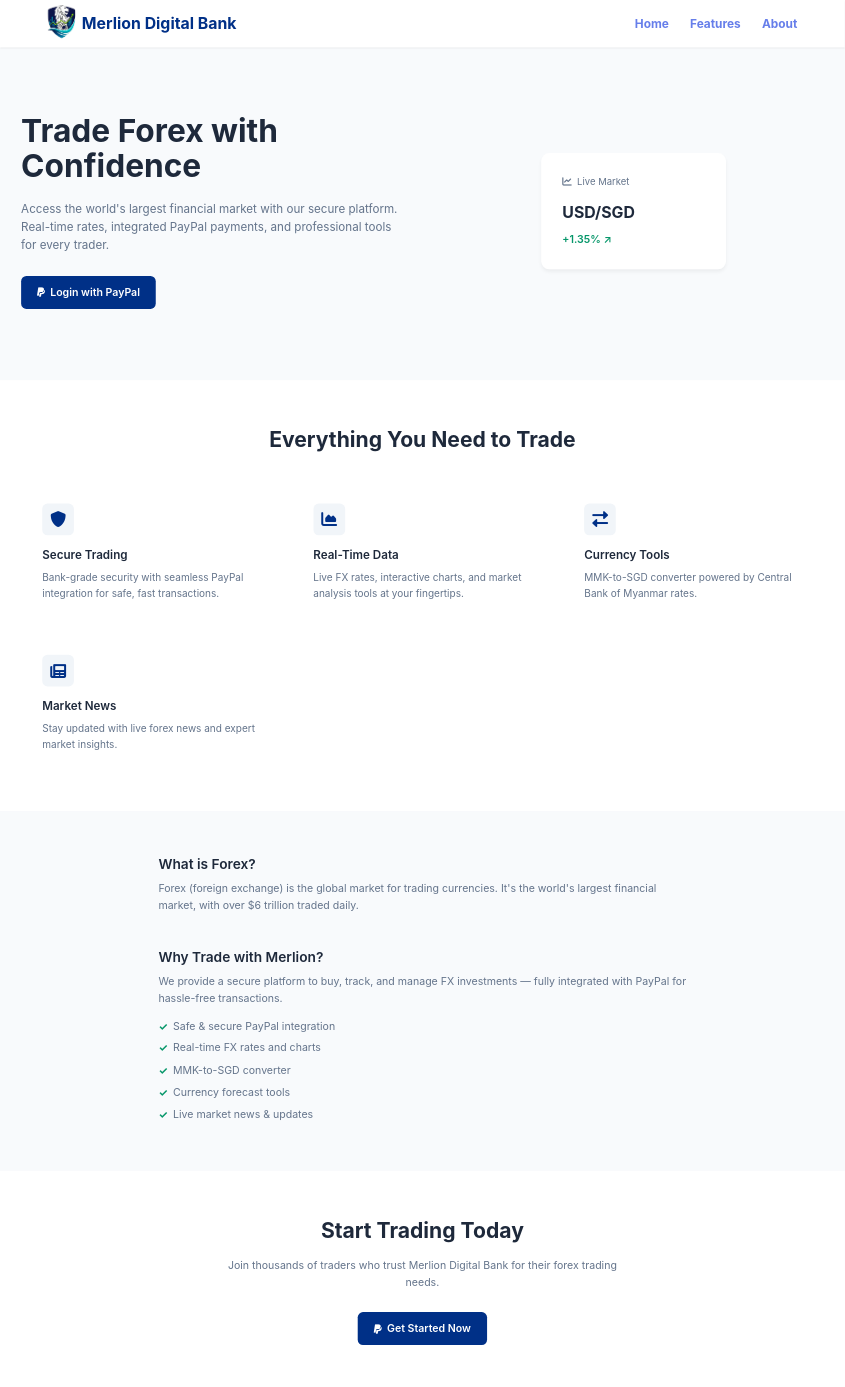
Repository: MayThetNaingBo/MerlionFX-app
Page: http://localhost/
An editor plug-in stored every save of this project. The page is shown before and after the next save, followed by the edit.
The browser window is 1280 px wide. The pictures show the whole page, at 66% of full size.
The page is served by the project's application, run on Flask 3 (app.py).

Above is the page before, as saved 2025-08-07 23:49:31.

### templates/index.html
<!DOCTYPE html>
<html lang="en">
<head>
    <meta charset="UTF-8">
    <meta name="viewport" content="width=device-width, initial-scale=1.0">
    <title>Merlion Digital Bank - Forex Trading Platform</title>
    <link href="https://cdnjs.cloudflare.com/ajax/libs/font-awesome/6.0.0/css/all.min.css" rel="stylesheet">
    <style>
        * {
            margin: 0;
            padding: 0;
            box-sizing: border-box;
        }

        body {
            font-family: -apple-system, BlinkMacSystemFont, 'Segoe UI', Roboto, sans-serif;
            line-height: 1.6;
            color: #333;
            background: #f8fafc;
        }

        /* Navigation */
        .navbar {
            background: white;
            padding: 1rem 0;
            box-shadow: 0 1px 3px rgba(0, 0, 0, 0.1);
            position: fixed;
            width: 100%;
            top: 0;
            z-index: 100;
        }

        .nav-container {
            max-width: 1200px;
            margin: 0 auto;
            padding: 0 2rem;
            display: flex;
            justify-content: space-between;
            align-items: center;
        }

        .logo-container {
            display: flex;
            align-items: center;
            gap: 0.75rem;
        }

        .logo-icon {
            width: 40px;
            height: 40px;
            border-radius: 8px;
            display: flex;
            align-items: center;
            justify-content: center;
            color: white;
            font-size: 1.5rem;
            font-weight: bold;
            padding-top: 5px;
        }

        .logo {
            font-size: 1.5rem;
            font-weight: 700;
            color: #003087;
        }

        .nav-links {
            display: flex;
            list-style: none;
            gap: 2rem;
        }

        .nav-links a {
            color: #667eea;
            text-decoration: none;
            font-weight: 700;
            transition: color 0.2s;
            font-size:large;
        }

        .nav-links a:hover {
            color: #003087;
        }

        /* Hero Section */
        .hero {
            padding: 8rem 2rem 4rem;
            max-width: 1300px;
            margin: 0 auto;
            display: grid;
            grid-template-columns: 1fr 1fr;
            gap: 4rem;
            align-items: center;
            min-height: 80vh;
        }

        .hero-content h1 {
            font-size: 3rem;
            font-weight: 700;
            color: #1e293b;
            margin-bottom: 1.5rem;
            line-height: 1.1;
        }

        .hero-content p {
            font-size: 1.1rem;
            color: #64748b;
            margin-bottom: 2rem;
        }

        .cta-button {
            display: inline-flex;
            align-items: center;
            gap: 0.5rem;
            background: #003087;
            color: white;
            padding: 0.75rem 1.5rem;
            border: none;
            border-radius: 8px;
            font-weight: 600;
            text-decoration: none;
            transition: all 0.2s;
        }

        .cta-button:hover {
            background: #002060;
            transform: translateY(-1px);
            color: white;
        }

        .hero-visual {
            display: flex;
            justify-content: center;
            gap: 1.5rem;
            flex-wrap: wrap;
        }

        .card {
            background: white;
            padding: 2rem;
            border-radius: 12px;
            box-shadow: 0 4px 6px rgba(0, 0, 0, 0.05);
            width: 280px;
        }

        .card-header {
            display: flex;
            align-items: center;
            gap: 0.5rem;
            margin-bottom: 1rem;
            color: #64748b;
            font-size: 0.9rem;
        }

        .currency-pair {
            font-size: 1.5rem;
            font-weight: 700;
            color: #1e293b;
            margin-bottom: 0.5rem;
        }

        .price-change {
            color: #059669;
            font-weight: 600;
        }

        .logo-card {
            background: linear-gradient(135deg, #003087, #0066cc);
            color: white;
            display: flex;
            flex-direction: column;
            align-items: center;
            justify-content: center;
            text-align: center;
            position: relative;
            overflow: hidden;
        }

        .logo-card::before {
            content: '';
            position: absolute;
            top: -50%;
            right: -50%;
            width: 100%;
            height: 100%;
            background: rgba(255, 255, 255, 0.1);
            border-radius: 50%;
            transform: rotate(45deg);
        }

        .hero-logo-icon {
            font-size: 3rem;
            font-weight: bold;
            margin-bottom: 1rem;
            z-index: 2;
            position: relative;
        }

        .hero-logo-text {
            font-size: 1.2rem;
            font-weight: 600;
            margin-bottom: 0.5rem;
            z-index: 2;
            position: relative;
        }

        .hero-logo-tagline {
            font-size: 0.9rem;
            opacity: 0.9;
            z-index: 2;
            position: relative;
        }

        /* Features Section */
        .features {
            padding: 4rem 2rem;
            background: white;
        }

        .features-container {
            max-width: 1200px;
            margin: 0 auto;
            text-align: center;
        }

        .features h2 {
            font-size: 2rem;
            font-weight: 700;
            color: #1e293b;
            margin-bottom: 3rem;
        }

        .features-grid {
            display: grid;
            grid-template-columns: repeat(auto-fit, minmax(280px, 1fr));
            gap: 2rem;
        }

        .feature {
            padding: 1.5rem;
            text-align: left;
        }

        .feature-icon {
            width: 48px;
            height: 48px;
            background: #f1f5f9;
            border-radius: 8px;
            display: flex;
            align-items: center;
            justify-content: center;
            margin-bottom: 1rem;
            color: #003087;
            font-size: 1.5rem;
        }

        .feature h3 {
            font-size: 1.1rem;
            font-weight: 600;
            color: #1e293b;
            margin-bottom: 0.5rem;
        }

        .feature p {
            color: #64748b;
            font-size: 0.95rem;
        }

        /* Info Section */
        .info-section {
            padding: 4rem 2rem;
            background: #f8fafc;
        }

        .info-container {
            max-width: 800px;
            margin: 0 auto;
        }

        .info-grid {
            display: grid;
            gap: 2rem;
        }

        .info-item h3 {
            font-size: 1.3rem;
            font-weight: 600;
            color: #1e293b;
            margin-bottom: 0.5rem;
        }

        .info-item p {
            color: #64748b;
            margin-bottom: 1rem;
        }

        .benefits-list {
            list-style: none;
            padding: 0;
        }

        .benefits-list li {
            display: flex;
            align-items: center;
            gap: 0.5rem;
            margin-bottom: 0.5rem;
            color: #64748b;
        }

        .benefits-list li::before {
            content: "✓";
            color: #059669;
            font-weight: bold;
        }

        /* CTA Section */
        .cta-section {
            padding: 4rem 2rem;
            background: white;
            text-align: center;
        }

        .cta-section h2 {
            font-size: 2rem;
            font-weight: 700;
            color: #1e293b;
            margin-bottom: 1rem;
        }

        .cta-section p {
            color: #64748b;
            margin-bottom: 2rem;
            max-width: 600px;
            margin-left: auto;
            margin-right: auto;
        }

        /* Responsive */
        @media (max-width: 768px) {
            .hero {
                grid-template-columns: 1fr;
                gap: 4rem;
                text-align: center;
                padding: 30rem 2rem 4rem;
            }

            .hero-content h1 {
                font-size: 2.5rem;
                gap: 3rem;
            }

            .nav-links {
                display: none;
            }

            .features-grid {
                grid-template-columns: 1fr;
            }

            .logo {
                font-size: 1.3rem;
            }

            .logo-icon {
                width: 35px;
                height: 35px;
                font-size: 1.2rem;
            }
        }
    </style>
</head>
<body>
    <!-- Navigation -->
    <nav class="navbar">
        <div class="nav-container">
            <div class="logo-container">
                <div class="logo-icon"><img src="../static/images/Merlion.png" style="width: 250%; height: 250%;"></div>
                <div class="logo">Merlion Digital Bank</div>
            </div>
            <ul class="nav-links">
                <li><a href="#home">Home</a></li>
                <li><a href="#features">Features</a></li>
                <li><a href="#about">About</a></li>
            </ul>
        </div>
    </nav>

    <!-- Hero Section -->
    <section class="hero" id="home">
        <div class="hero-content">
            <h1>Trade Forex with Confidence</h1>
            <p>Access the world's largest financial market with our secure platform. Real-time rates, integrated PayPal payments, and professional tools for every trader.</p>
            <a href="/login" class="cta-button">
                <i class="fab fa-paypal"></i>
                Login with PayPal
            </a>
        </div>
        <div class="hero-visual">
            <div class="card">
                <div class="card-header">
                    <i class="fas fa-chart-line"></i>
                    <span>Live Market</span>
                </div>
                <div class="currency-pair">USD/SGD</div>
                <div class="price-change">+1.35% ↗</div>
            </div>
        </div>
    </section>

    <!-- Features Section -->
    <section class="features" id="features">
        <div class="features-container">
            <h2>Everything You Need to Trade</h2>
            <div class="features-grid">
                <div class="feature">
                    <div class="feature-icon">
                        <i class="fas fa-shield-alt"></i>
                    </div>
                    <h3>Secure Trading</h3>
                    <p>Bank-grade security with seamless PayPal integration for safe, fast transactions.</p>
                </div>

                <div class="feature">
                    <div class="feature-icon">
                        <i class="fas fa-chart-area"></i>
                    </div>
                    <h3>Real-Time Data</h3>
                    <p>Live FX rates, interactive charts, and market analysis tools at your fingertips.</p>
                </div>

                <div class="feature">
                    <div class="feature-icon">
                        <i class="fas fa-exchange-alt"></i>
                    </div>
                    <h3>Currency Tools</h3>
                    <p>MMK-to-SGD converter powered by Central Bank of Myanmar rates.</p>
                </div>

                <div class="feature">
                    <div class="feature-icon">
                        <i class="fas fa-newspaper"></i>
                    </div>
                    <h3>Market News</h3>
                    <p>Stay updated with live forex news and expert market insights.</p>
                </div>
            </div>
        </div>
    </section>

    <!-- Info Section -->
    <section class="info-section" id="about">
        <div class="info-container">
            <div class="info-grid">
                <div class="info-item">
                    <h3>What is Forex?</h3>
                    <p>Forex (foreign exchange) is the global market for trading currencies. It's the world's largest financial market, with over $6 trillion traded daily.</p>
                </div>

                <div class="info-item">
                    <h3>Why Trade with Merlion?</h3>
                    <p>We provide a secure platform to buy, track, and manage FX investments — fully integrated with PayPal for hassle-free transactions.</p>

                    <ul class="benefits-list">
                        <li>Safe & secure PayPal integration</li>
                        <li>Real-time FX rates and charts</li>
                        <li>MMK-to-SGD converter</li>
                        <li>Currency forecast tools</li>
                        <li>Live market news & updates</li>
                    </ul>
                </div>
            </div>
        </div>
    </section>

    <!-- CTA Section -->
    <section class="cta-section">
        <h2>Start Trading Today</h2>
        <p>Join thousands of traders who trust Merlion Digital Bank for their forex trading needs.</p>
        <a href="/login" class="cta-button">
            <i class="fab fa-paypal"></i>
            Get Started Now
        </a>
    </section>

    <script>
        // Simple scroll effect for navbar
        window.addEventListener('scroll', function() {
            const navbar = document.querySelector('.navbar');
            if (window.scrollY > 50) {
                navbar.style.boxShadow = '0 2px 10px rgba(0, 0, 0, 0.1)';
            } else {
                navbar.style.boxShadow = '0 1px 3px rgba(0, 0, 0, 0.1)';
            }
        });
    </script>
</body>
</html>

Loaded but not shown: app.py (787 lines, source omitted)

After the next save:
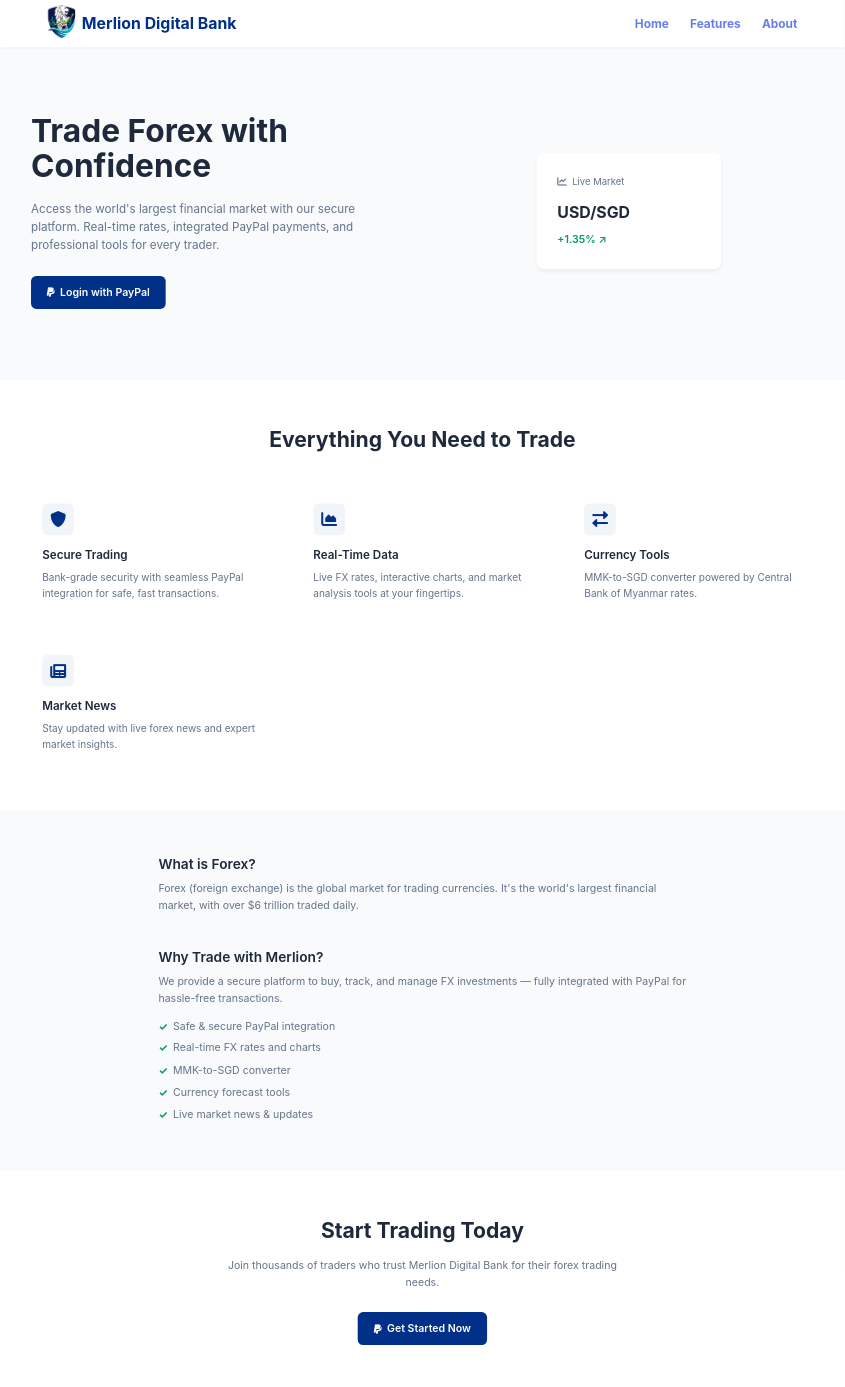
Saved 7 s later.
--- a/templates/index.html
+++ b/templates/index.html
@@ -85,7 +85,7 @@
         /* Hero Section */
         .hero {
             padding: 8rem 2rem 4rem;
-            max-width: 1300px;
+            max-width: 1250px;
             margin: 0 auto;
             display: grid;
             grid-template-columns: 1fr 1fr;
